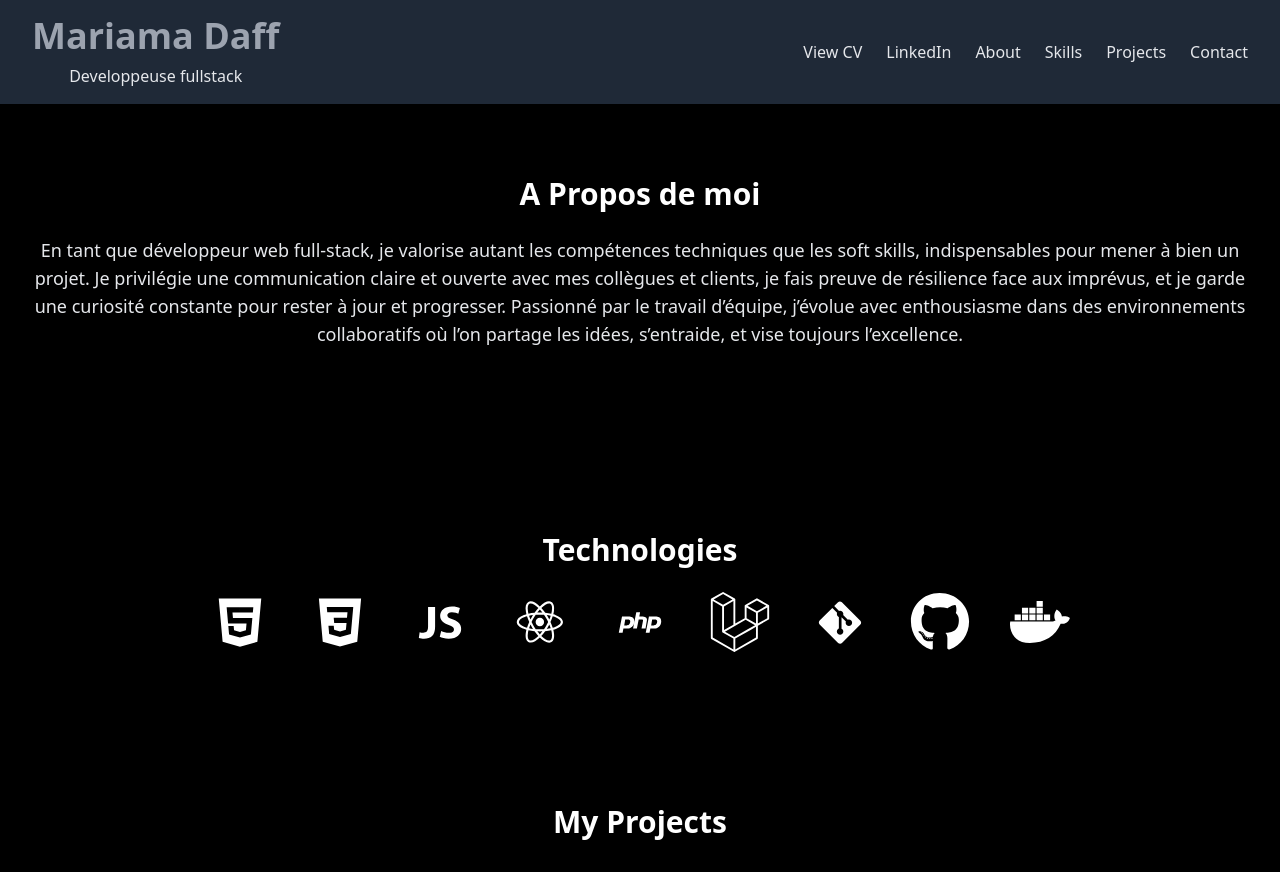
Repository: mariamdaff/Projets_Perso
Page: / (app in mon_portfolio/)
The author's editor kept a copy of each file at every save. The page is drawn from the files as they stood at one save, then again after the next save.
The browser window is 1280 px wide. The pictures show the part of the page from y = 0 to 872 px (the page is 2275 px tall before and 2575 px after).
Pictures or frames that could not be fetched are drawn as grey boxes. The project was rebuilt for these pictures with package versions that can differ from the ones it lists, and the page was loaded fresh each time. Also part of the build but not shown: mon_portfolio/vite.config.js.

Above is the page before, as saved 2025-04-22 13:31:41.

After the next save:
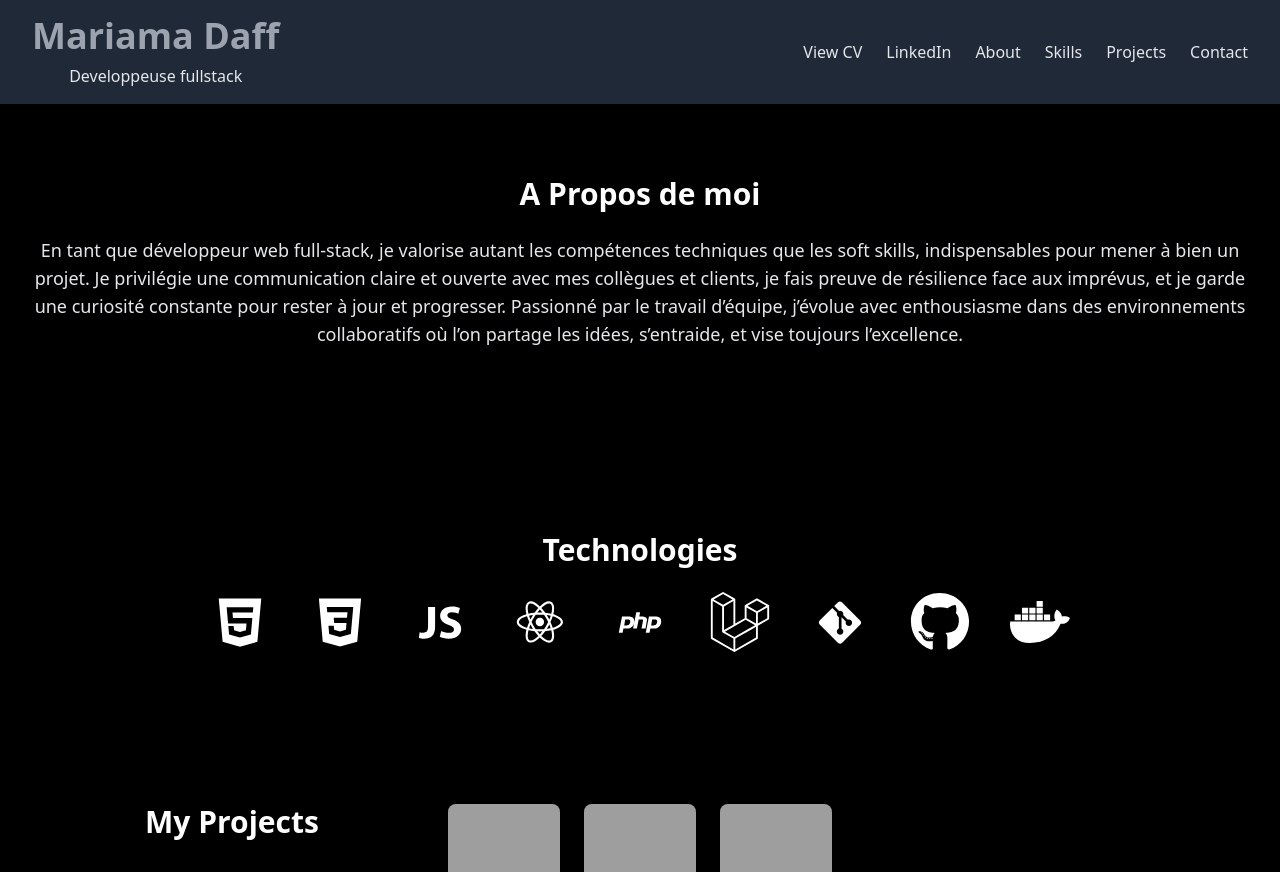
Saved 52 s later.
--- a/mon_portfolio/src/components/projets/Projets.jsx
+++ b/mon_portfolio/src/components/projets/Projets.jsx
@@ -47,7 +47,7 @@
   ];
 
   return (
-    <section className="py-12 px-4 bg-black text-white">
+    <section className="py-12 px-4 bg-black text-white grid grid-cols-1 sm:grid-cols-2 lg:grid-cols-3 gap-6">
       <h2 className="text-3xl font-bold mb-8 text-center">My Projects</h2>
       <div className="grid grid-cols-1 sm:grid-cols-2 lg:grid-cols-3 gap-6 max-w-6xl mx-auto">
         {projets.map((projet) => (
